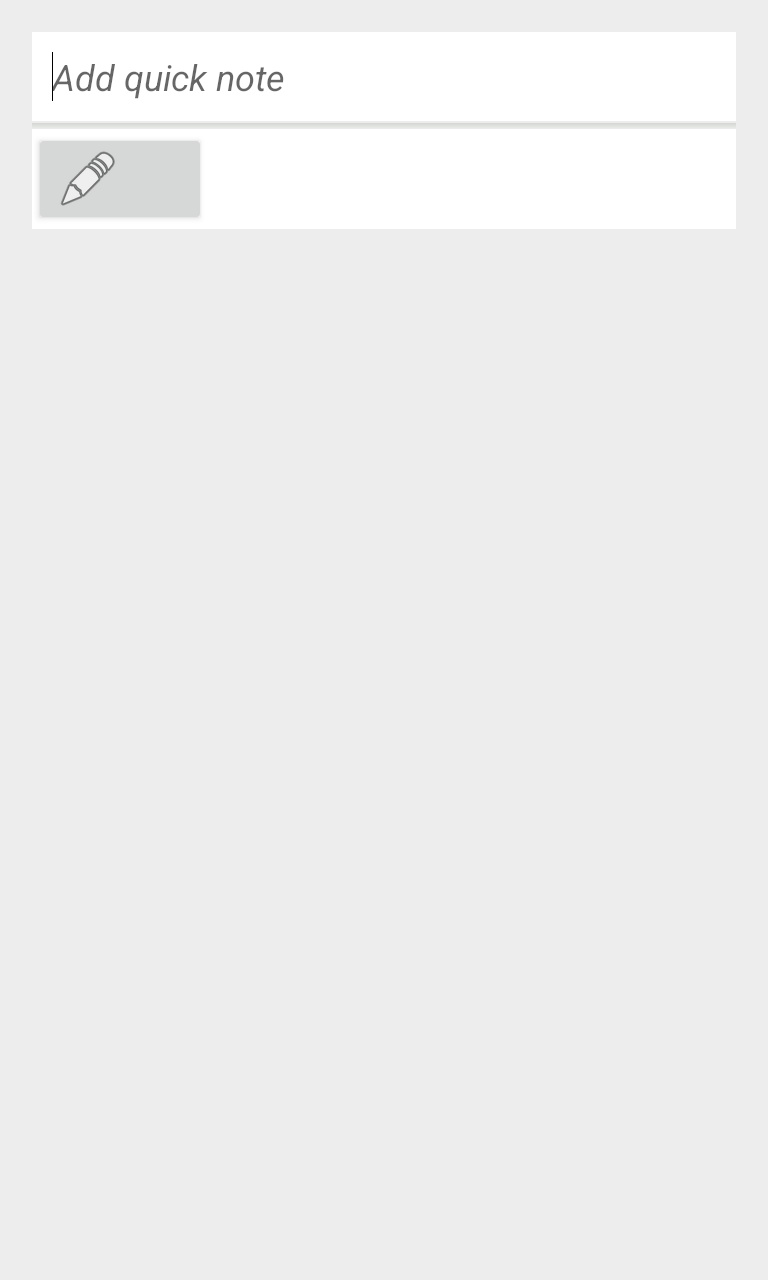
Repository: ishwormali/practices
Layout: Android/GoogleKeep/GoogleKeep/res/layout/fragment_main.xml
These files come from the project's save history. The layout is drawn as it stood at one moment and after the next save; the edit follows.
It is drawn on a 768 x 1280 px phone screen (xhdpi) without system bars, with theme Theme.Orangeboom; the app's code is not run. The app's manifest (not shown) leaves right-to-left support off. So textAlignment, textDirection and layoutDirection are ignored, and left and right values win over start and end ones.

Above is the layout before, as saved 2014-04-01 06:15:26.

After the next save:
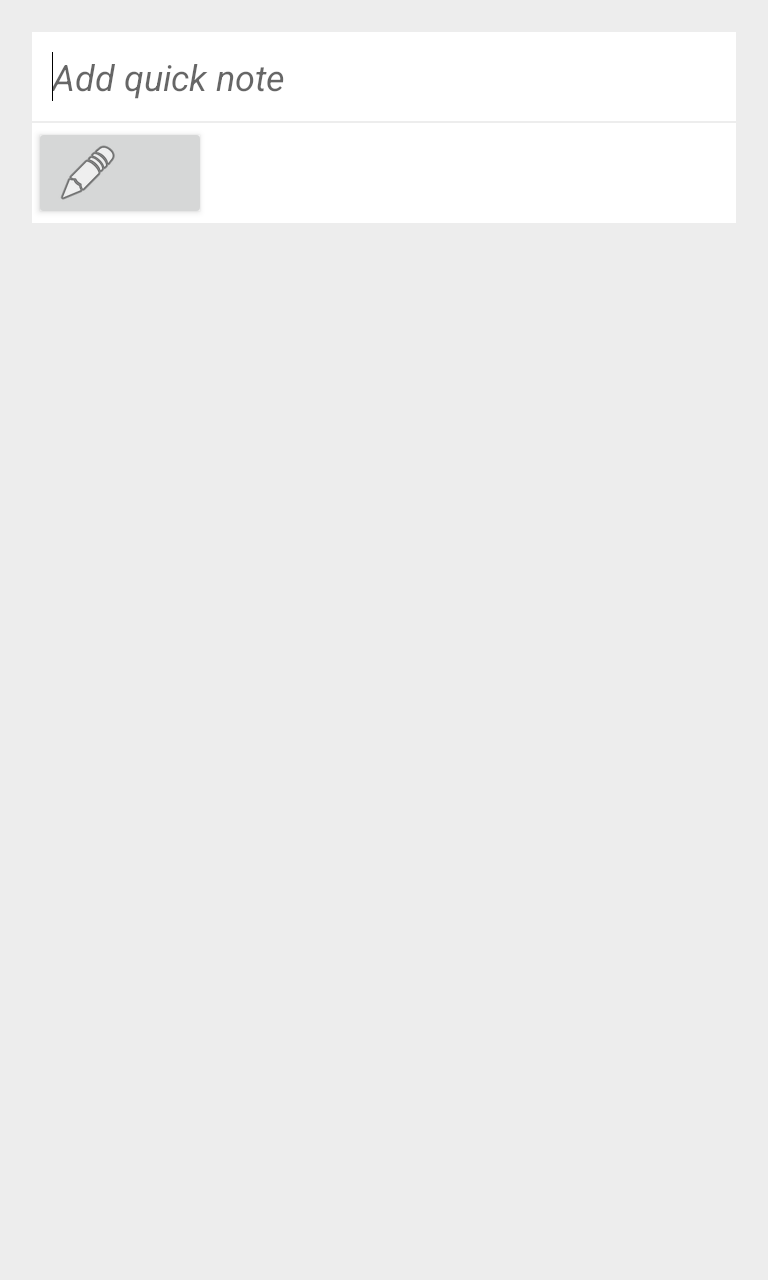
Saved 44 s later.
--- a/Android/GoogleKeep/GoogleKeep/res/layout/fragment_main.xml
+++ b/Android/GoogleKeep/GoogleKeep/res/layout/fragment_main.xml
@@ -35,12 +35,7 @@ android:layout_width="fill_parent"
 android:layout_height="1dip"
 android:background="@color/main_background" />
 
-        <View
-    android:id="@+id/divider"
-    android:background="@drawable/drop_shadow"
-    android:layout_width="match_parent"
-    android:layout_height="3sp"
-     />
+
         <LinearLayout android:layout_width="fill_parent"
             android:layout_height="50dp"
              >
